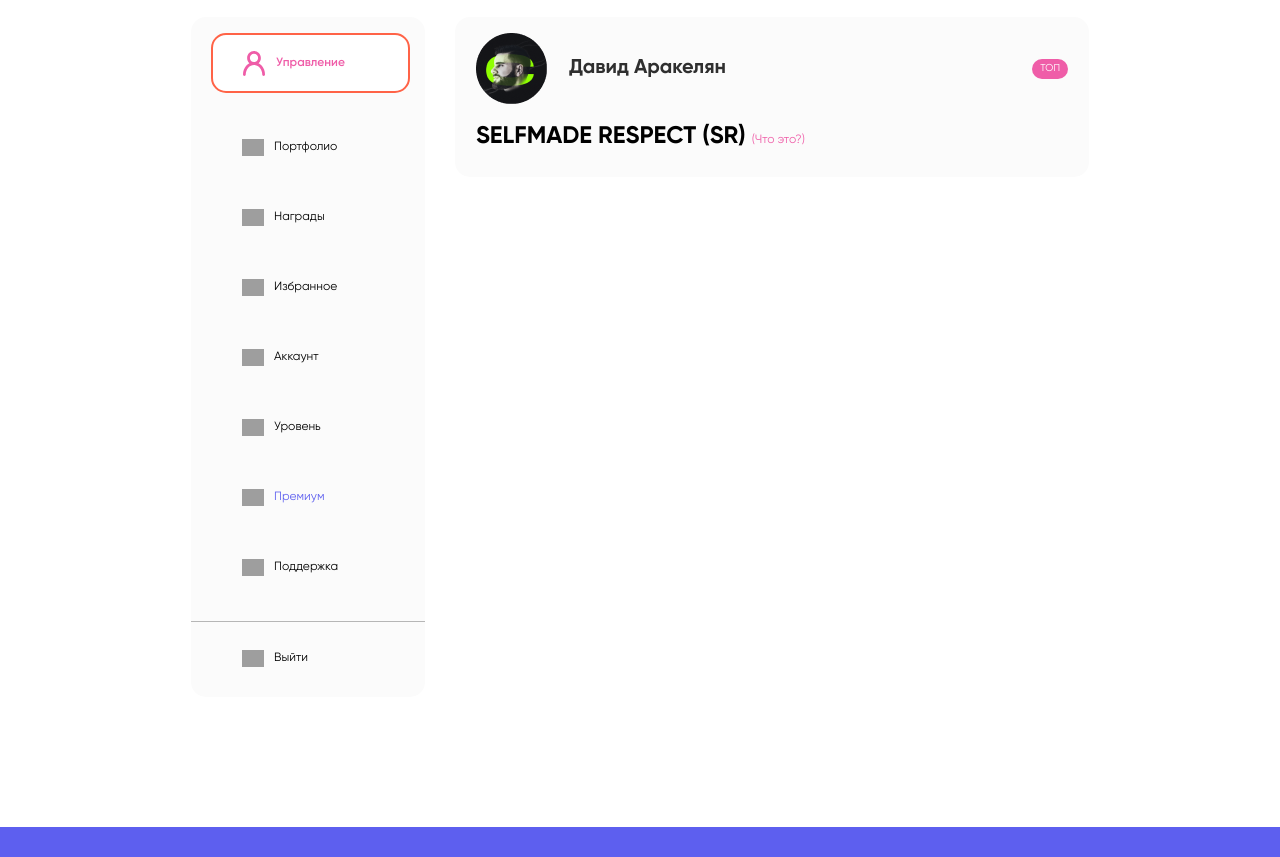
Repository: alexboagreek/selfmade
Page: index.html
These files come from the project's save history. The page is drawn as it stood at one moment and after the next save; the edit follows.
The browser window is 1280 px wide. The pictures show the part of the page from y = 353 to 1210 px (the page is 1719 px tall).
Pictures or frames that could not be fetched are drawn as grey boxes. A picture or video elsewhere on the page could not be fetched, so the positions and the page height are approximate.

Above is the page before, as saved 2022-12-13 12:51:24.

After the next save:
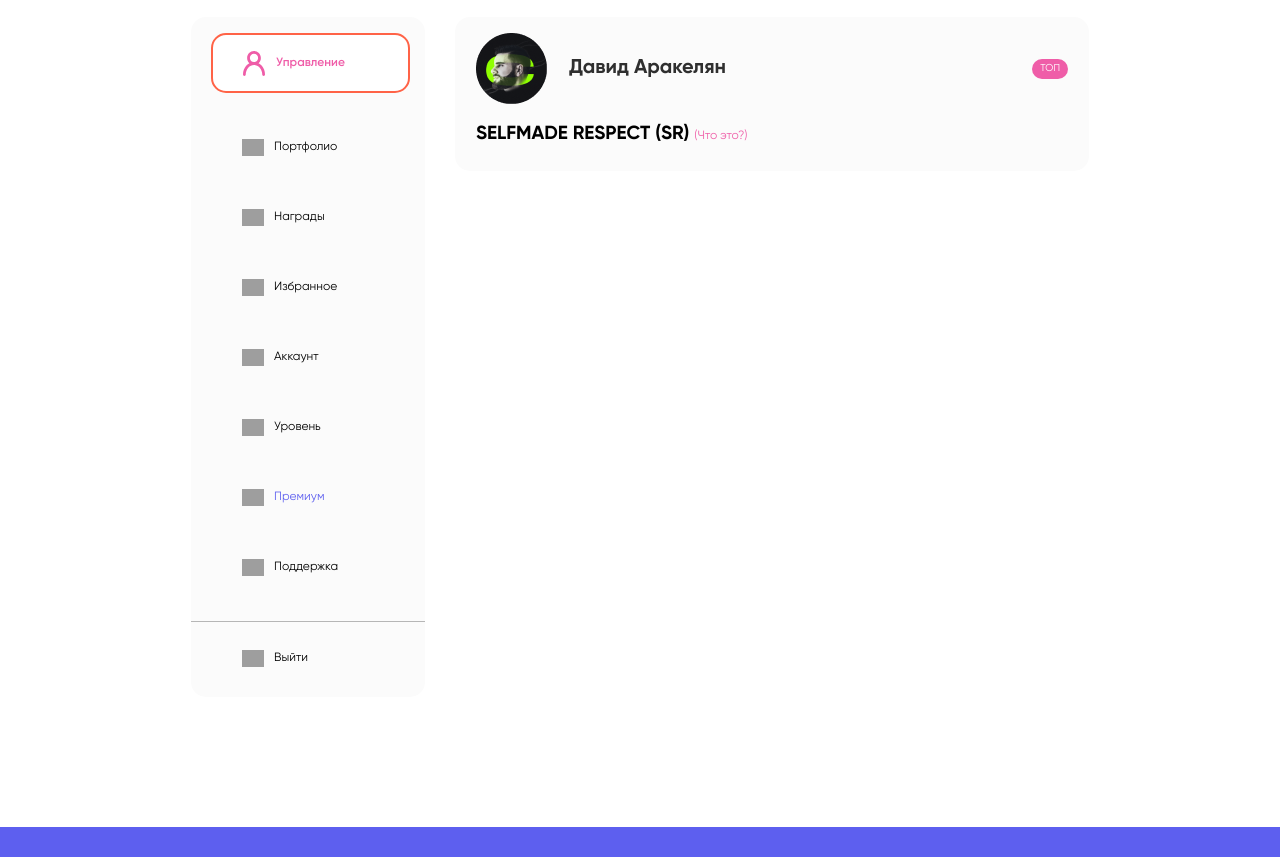
Saved 27 s later.
--- a/css/interface.css
+++ b/css/interface.css
@@ -35,6 +35,8 @@
 }
 .selfmade__respect_title {
     margin-bottom: 10px;
+    font-weight: 600;
+    font-size: 19px;
 }
 
 .selfmade__span {
